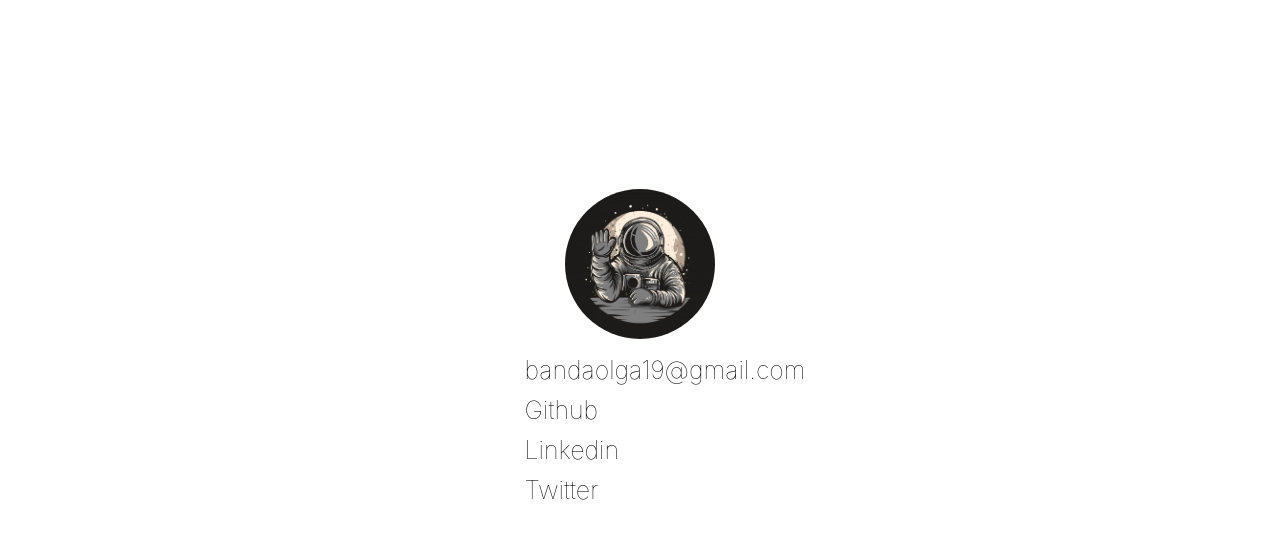
Repository: G1ft-Banda/My-portfolio-Website
Page: /
These files come from the project's save history. The page is drawn as it stood at one moment and after the next save; the edit follows.
The browser window is 1280 px wide. The pictures show the whole page.
The project was rebuilt for these pictures with package versions that can differ from the ones it lists, and the page was loaded fresh each time. The framework's server and built-in components were replaced by stand-ins that run in the browser. Also part of the build but not shown: next.config.js.

Above is the page before, as saved 2022-09-29 11:11:50.

### pages/_app.js
import "../styles/globals.css";
import Head from "next/head";

function MyApp({ Component, pageProps }) {
  return (
    <>
      <Head>
        <script
          src="https://kit.fontawesome.com/d14a45b8f3.js"
          crossorigin="anonymous"
        ></script>
      </Head>
      <Component {...pageProps} />
    </>
  );
}

export default MyApp;

### pages/index.js
import Head from "next/head";
import Image from "next/image";

export default function Home() {
  return (
    <div>
      <Head>
        <title>Create Next App</title>
        <meta name="description" content="Generated by create next app" />
        <link rel="icon" href="/favicon.ico" />
      </Head>
      <main>
        <img className="avatar" src="/astronaut.jpg" />
        <ul>
          <li className="social-links">
            <i class="fa-solid fa-envelope"></i>
            <a href="#">bandaolga19@gmail.com</a>
          </li>
          <li className="social-links">
            <i class="fa-brands fa-github"></i>
            <a href="#">Github</a>
          </li>
          <li className="social-links">
            <i class="fa-brands fa-linkedin"></i>
            <a href="#">Linkedin</a>
          </li>
          <li className="social-links">
            <i class="fa-brands fa-twitter"></i>
            <a href="#">Twitter</a>
          </li>
        </ul>
      </main>
    </div>
  );
}

### styles/globals.css
html,
body {
  padding: 0;
  margin: 0;
  font-family: -apple-system, BlinkMacSystemFont, Segoe UI, Roboto, Oxygen,
    Ubuntu, Cantarell, Fira Sans, Droid Sans, Helvetica Neue, sans-serif;
}

a {
  color: inherit;
  text-decoration: none;
}

* {
  box-sizing: border-box;
}

main {
  min-width: 100vw;
  min-height: 100vh;
  display: grid;
  place-content: center;
}

.avatar {
  border-radius: 50%;
  max-width: fit-content;
  margin: auto;
  width: 150px;
}

.social-links {
  text-decoration: none;
  font-size: 25px;
  display: flex;
  gap: 10px;
  align-items: center;
  font-weight: 100;
  padding-bottom: 10px;
  margin: 0 auto;
}

.social-links > a:hover {
  text-decoration: underline;
}

@media (prefers-color-scheme: dark) {
  html {
    color-scheme: dark;
  }
  body {
    color: white;
    background: black;
  }
}

After the next save:
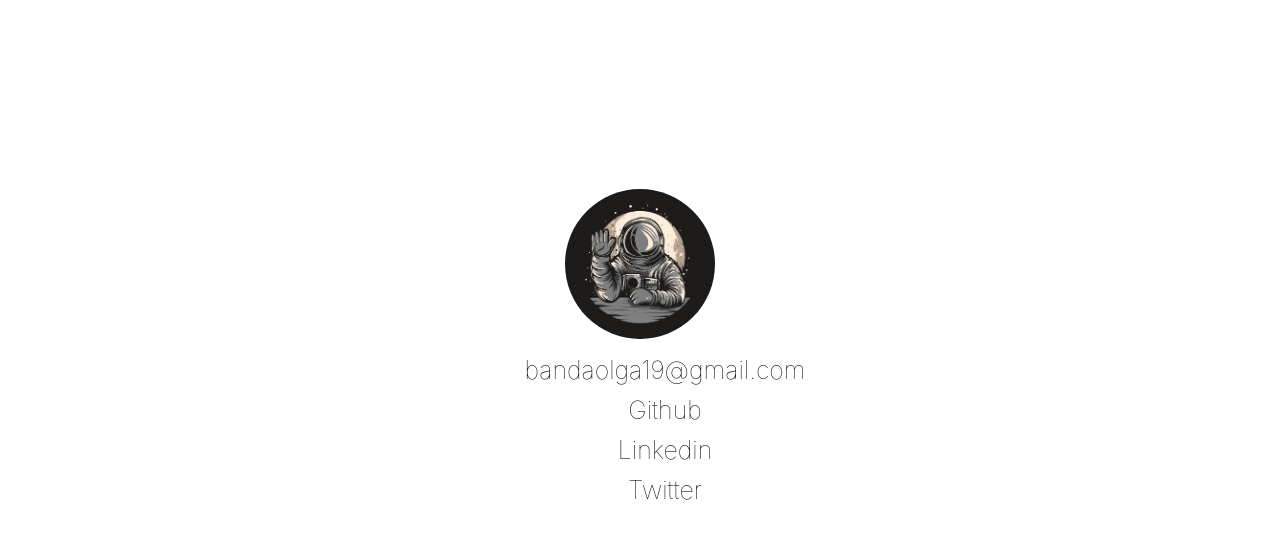
Saved 16 s later.
--- a/styles/globals.css
+++ b/styles/globals.css
@@ -37,7 +37,7 @@ main {
   align-items: center;
   font-weight: 100;
   padding-bottom: 10px;
-  margin: 0 auto;
+  justify-content: center;
 }
 
 .social-links > a:hover {
